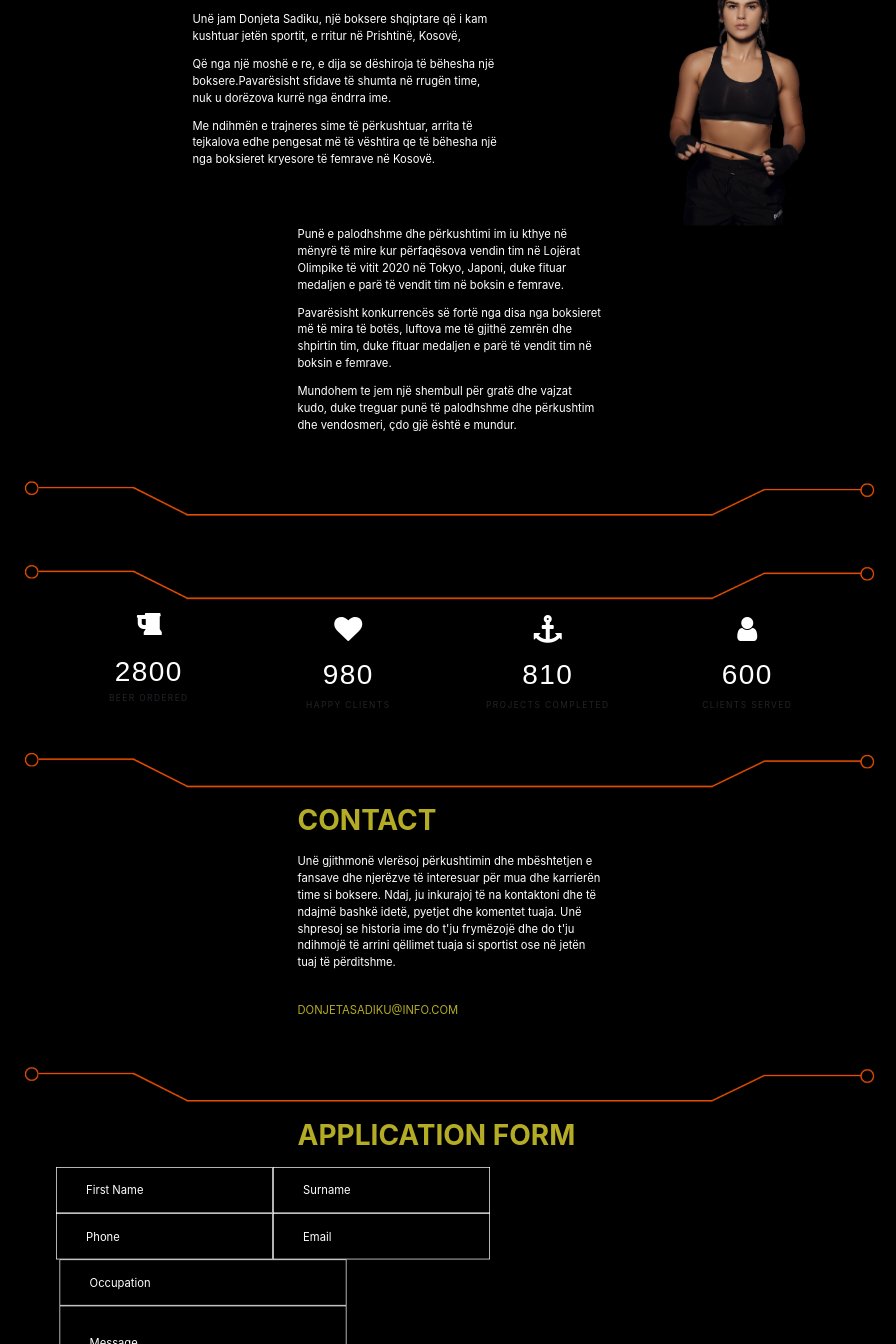
Repository: milot-morina/ds-boxing
Page: DS-Portfolio/index.html
The author's editor kept a copy of each file at every save. The page is drawn from the files as they stood at one save, then again after the next save.
The browser window is 1280 px wide. The pictures show the part of the page from y = 2113 to 4033 px (the page is 4435 px tall), at 70% of full size.
A picture or video elsewhere on the page could not be fetched, so the positions and the page height are approximate. Some web libraries are served in a nearby version.

Above is the page before, as saved 2023-03-21 11:30:58.

After the next save:
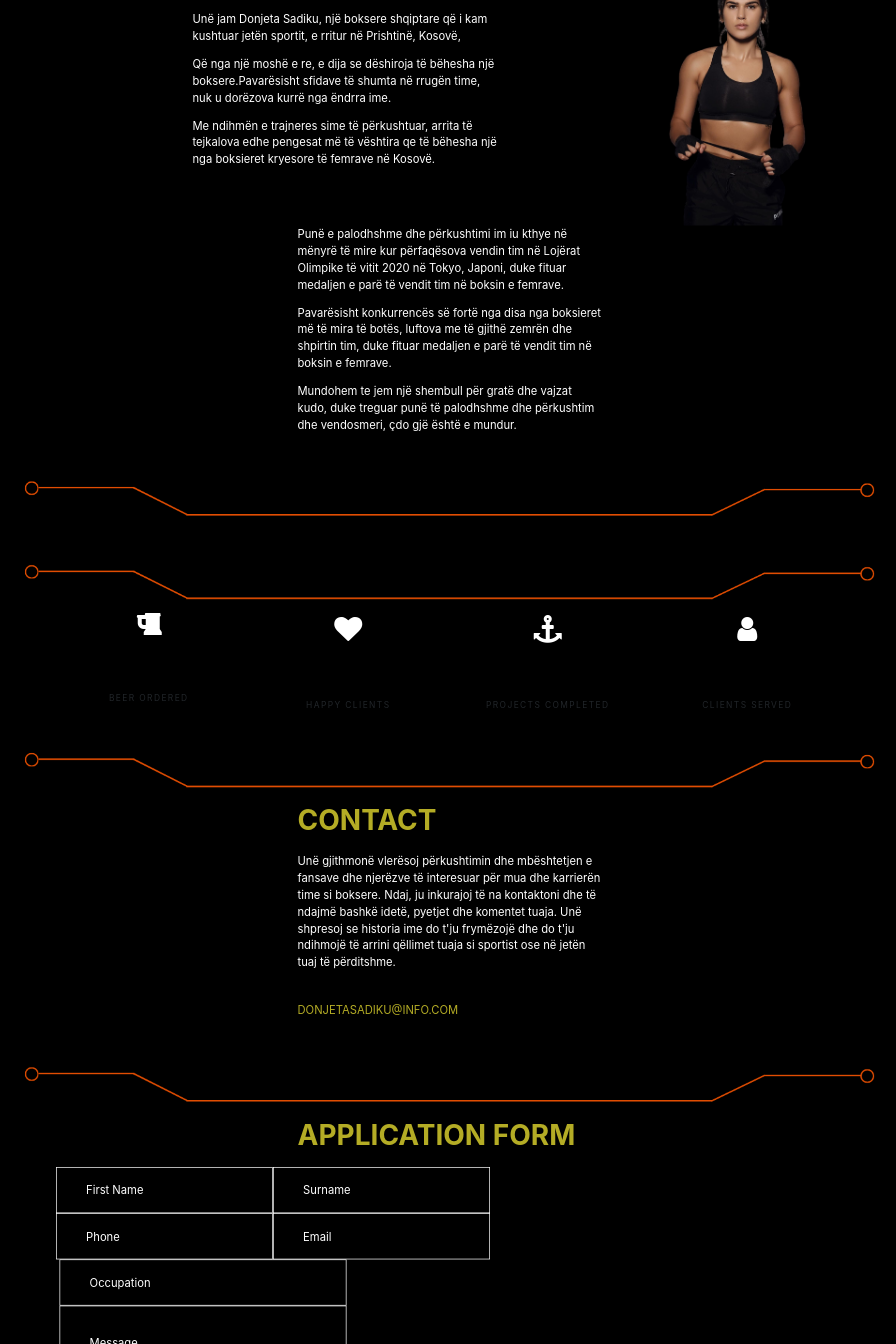
Saved 13 s later.
--- a/DS-Portfolio/style.css
+++ b/DS-Portfolio/style.css
@@ -23,8 +23,8 @@
 
 
 .counter-section i { display:block; margin:0 0 10px}
-.counter-section span.counter { font-size:40px; color:#ffffff; line-height:60px; display:block; font-family: "Oswald",sans-serif; letter-spacing: 2px}
-.counter-title{ font-size:12px; letter-spacing:2px; text-transform: uppercase;}
+.counter-section span.counter { font-size:40px; color:#000; line-height:60px; display:block; font-family: "Oswald",sans-serif; letter-spacing: 2px}
+.counter-title{ font-size:12px; letter-spacing:2px; text-transform: uppercase}
 .counter-icon {top:25px; position:relative}
 .counter-style2 .counter-title {letter-spacing: 0.55px; float: left;}
 .counter-style2 span.counter {letter-spacing: 0.55px; float: left; margin-right: 10px;}

After the 2 saves that followed:
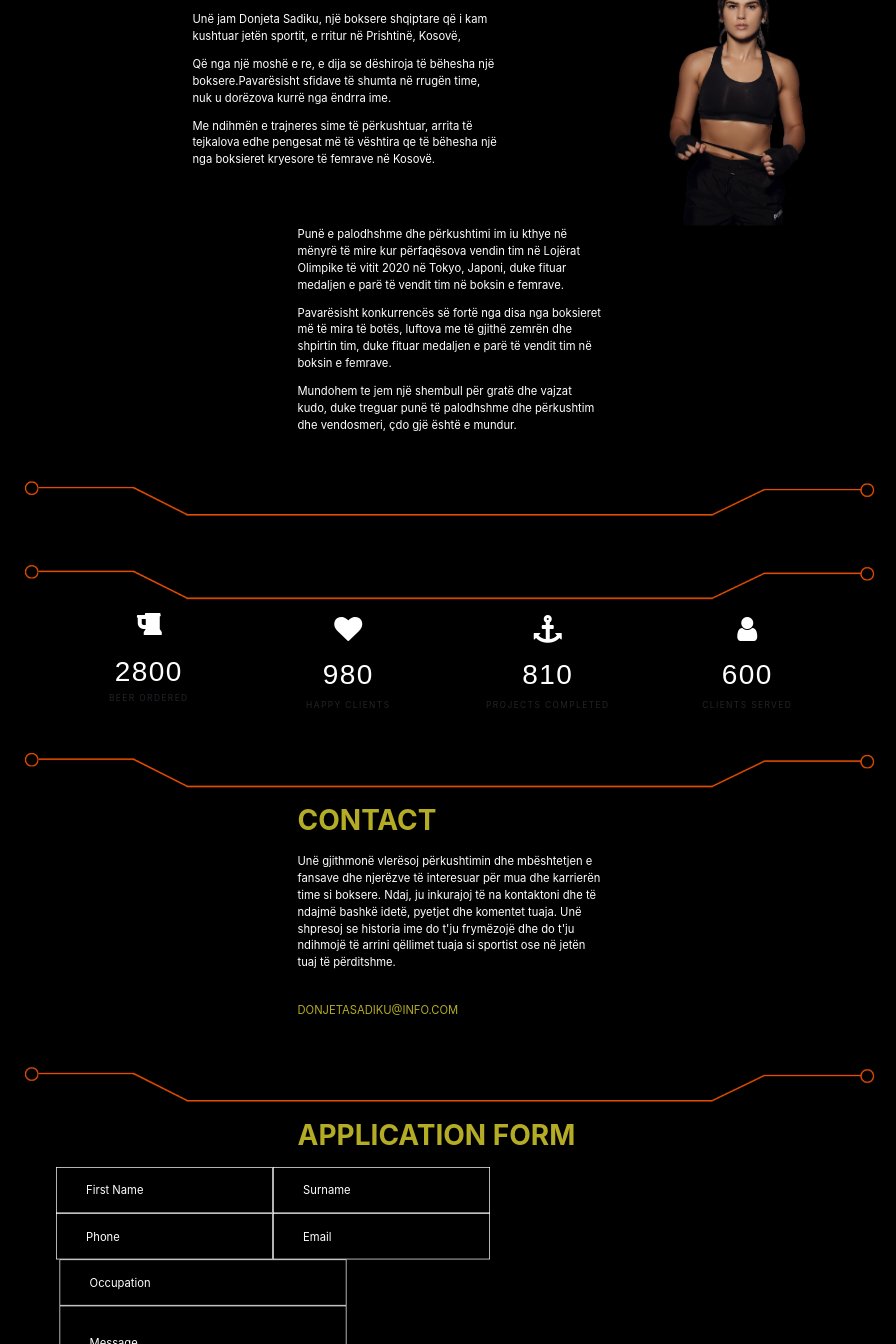
The 2 saves are shown as one change because 1 left the picture as it was.
The last was saved 36 s later.
--- a/DS-Portfolio/style.css
+++ b/DS-Portfolio/style.css
@@ -22,8 +22,8 @@
 ================================================================================= */
 
 
-.counter-section i { display:block; margin:0 0 10px}
-.counter-section span.counter { font-size:40px; color:#000; line-height:60px; display:block; font-family: "Oswald",sans-serif; letter-spacing: 2px}
+        .counter-section i { display:block; margin:0 0 10px}
+.counter-section span.counter { font-size:40px; color:#ffffff; line-height:60px; display:block; font-family: "Oswald",sans-serif; letter-spacing: 2px}
 .counter-title{ font-size:12px; letter-spacing:2px; text-transform: uppercase}
 .counter-icon {top:25px; position:relative}
 .counter-style2 .counter-title {letter-spacing: 0.55px; float: left;}
